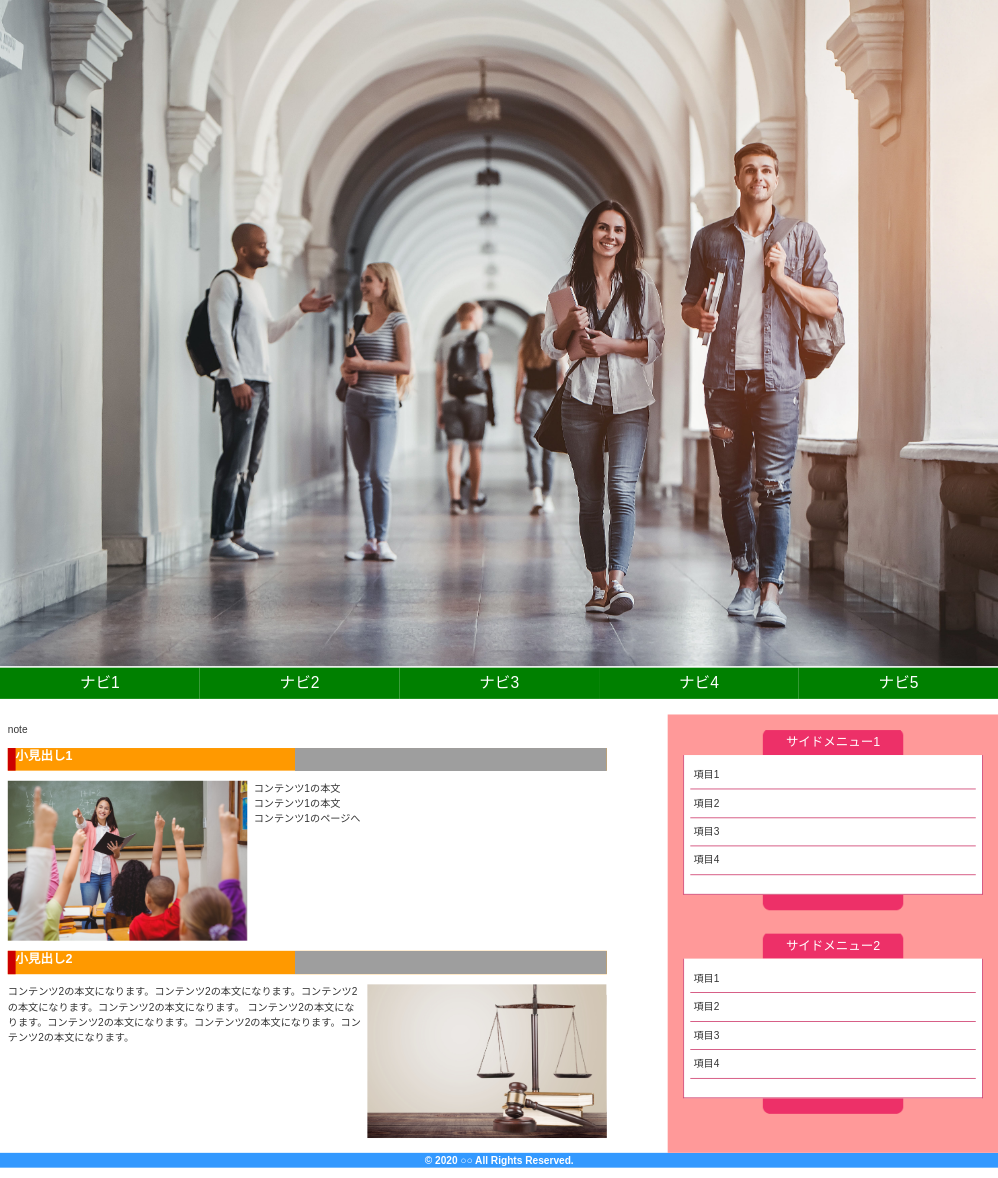
Repository: gotcha430/samurai_HTML-CSS
Page: Sec4real/home.html
The author's editor kept a record of every edit. The page is drawn from the files as they stood at one moment, then again after the next edit.
The browser window is 1280 px wide. The pictures show the whole page, at 78% of full size.
The pointer rests on the first visible `#side .box .boxBody ul li`.
Pictures or frames that could not be fetched are drawn as grey boxes.

Above is the page before.

After the next edit:
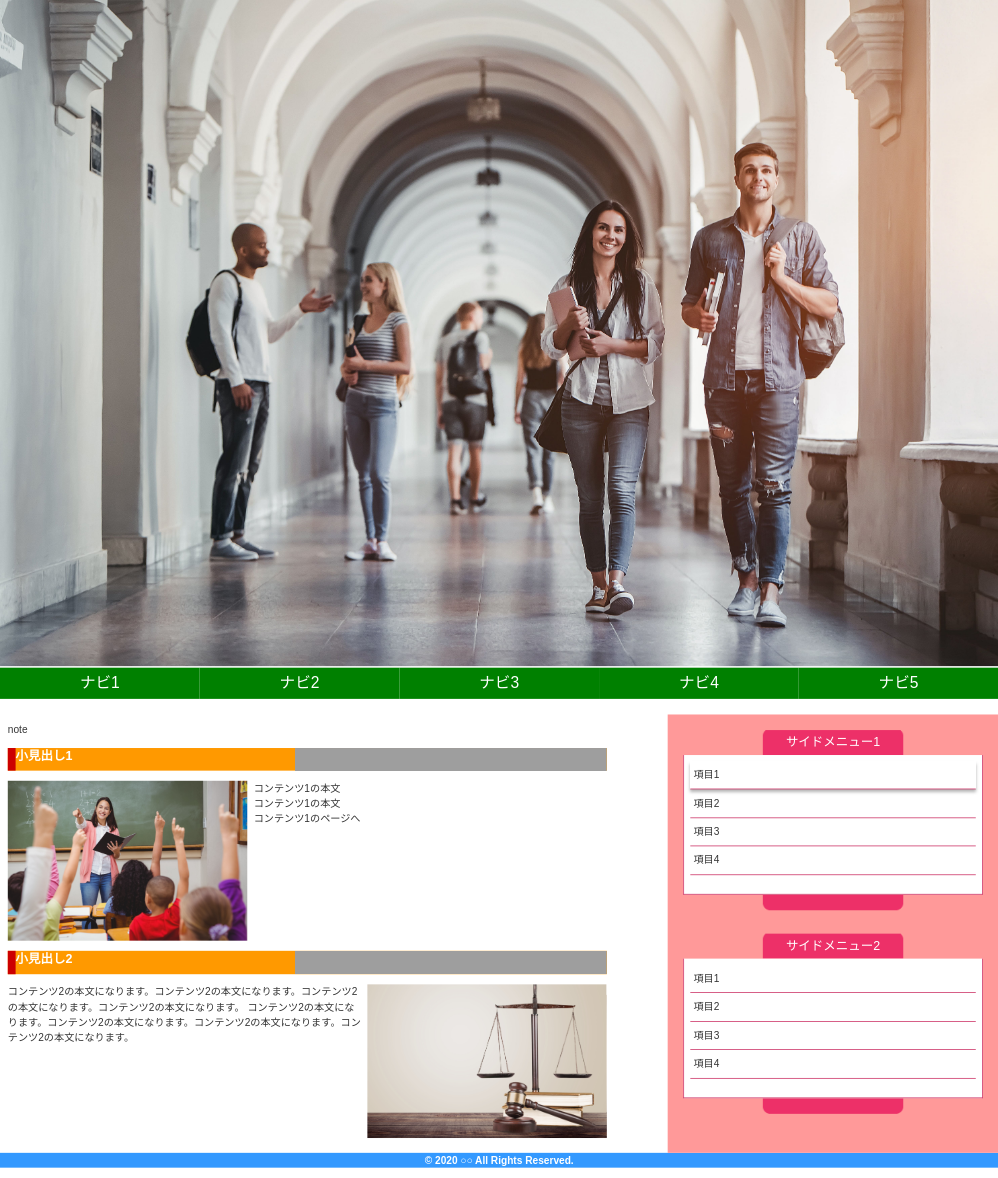
The edit:
--- a/Sec4real/stylesheet.css
+++ b/Sec4real/stylesheet.css
@@ -159,5 +159,5 @@
 	 padding: 8px 0 8px 4px;
 	 list-style: none;
 	 border-bottom: solid 1px #C36;
-	 box-shadow:0 4px 4px rgba(0 0 0 0.3);
+	 box-shadow:0 4px 4px rgba(0,0,0,0.3);
 }
